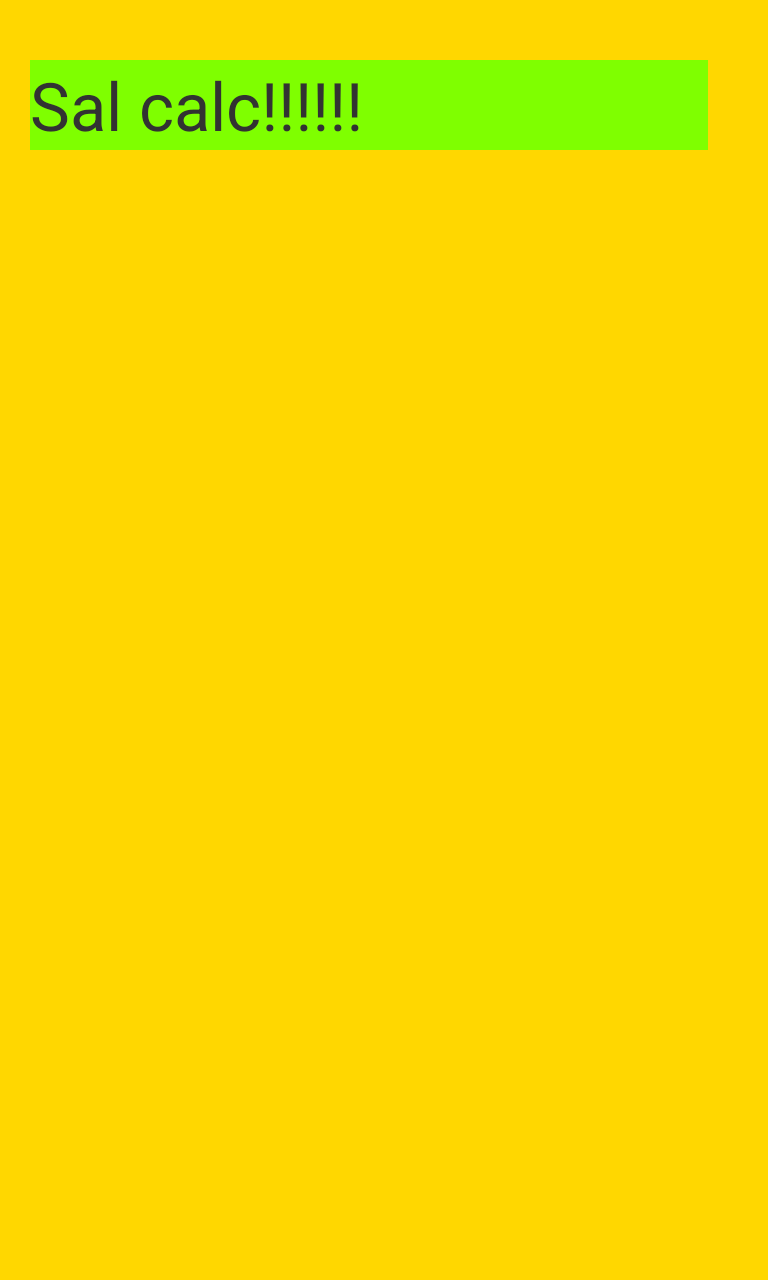
Repository: njiiriJohnii/Android-projects
Layout: salo/res/layout/activity_main.xml
An editor plug-in stored every save of this project. The layout is shown before and after the next save, followed by the edit.
It is drawn on a 768 x 1280 px phone screen (xhdpi) without system bars, with theme AppTheme; the app's code is not run.

Above is the layout before, as saved 2014-05-29 15:42:56.

### salo/res/layout/activity_main.xml
<LinearLayout xmlns:android="http://schemas.android.com/apk/res/android"
    android:layout_width="fill_parent"
    android:layout_height="fill_parent"
    android:orientation="vertical"
    android:background="#FFD700">
    <TextView
        android:id="@+id/sal"
        android:layout_width="fill_parent"
        android:layout_height="wrap_content"
        android:text="Sal calc!!!!!!"
        android:fontFamily="verdana"
        android:background="#7FFF00"
        android:layout_marginTop="30dp"
        android:layout_marginLeft="15dp"
        android:layout_marginRight="30dp"
        android:textSize="15pt"


        />




</LinearLayout>

Loaded but not shown: salo/res/values/styles.xml (common file); salo/res/values-v11/styles.xml (common file); salo/res/values-v14/styles.xml (common file)

After the next save:
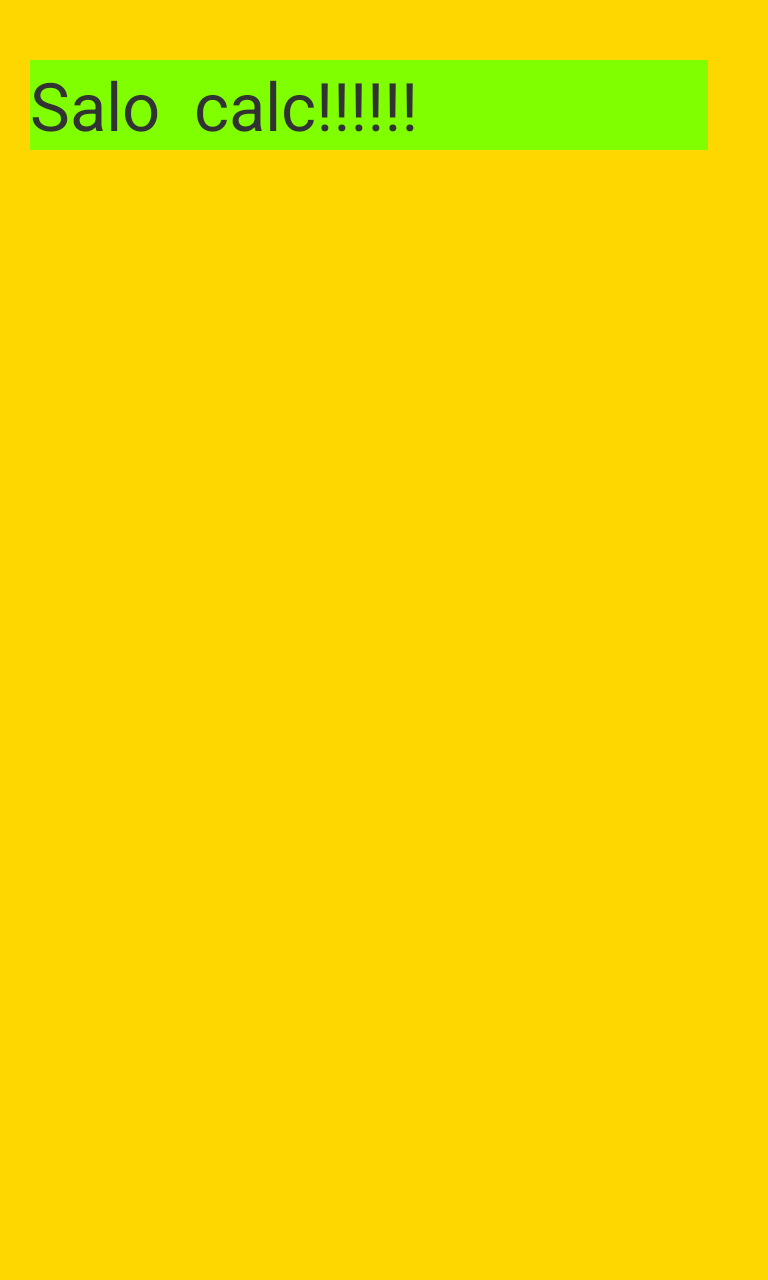
Saved 15 s later.
--- a/salo/res/layout/activity_main.xml
+++ b/salo/res/layout/activity_main.xml
@@ -7,7 +7,7 @@
         android:id="@+id/sal"
         android:layout_width="fill_parent"
         android:layout_height="wrap_content"
-        android:text="Sal calc!!!!!!"
+        android:text="Salo  calc!!!!!!"
         android:fontFamily="verdana"
         android:background="#7FFF00"
         android:layout_marginTop="30dp"
